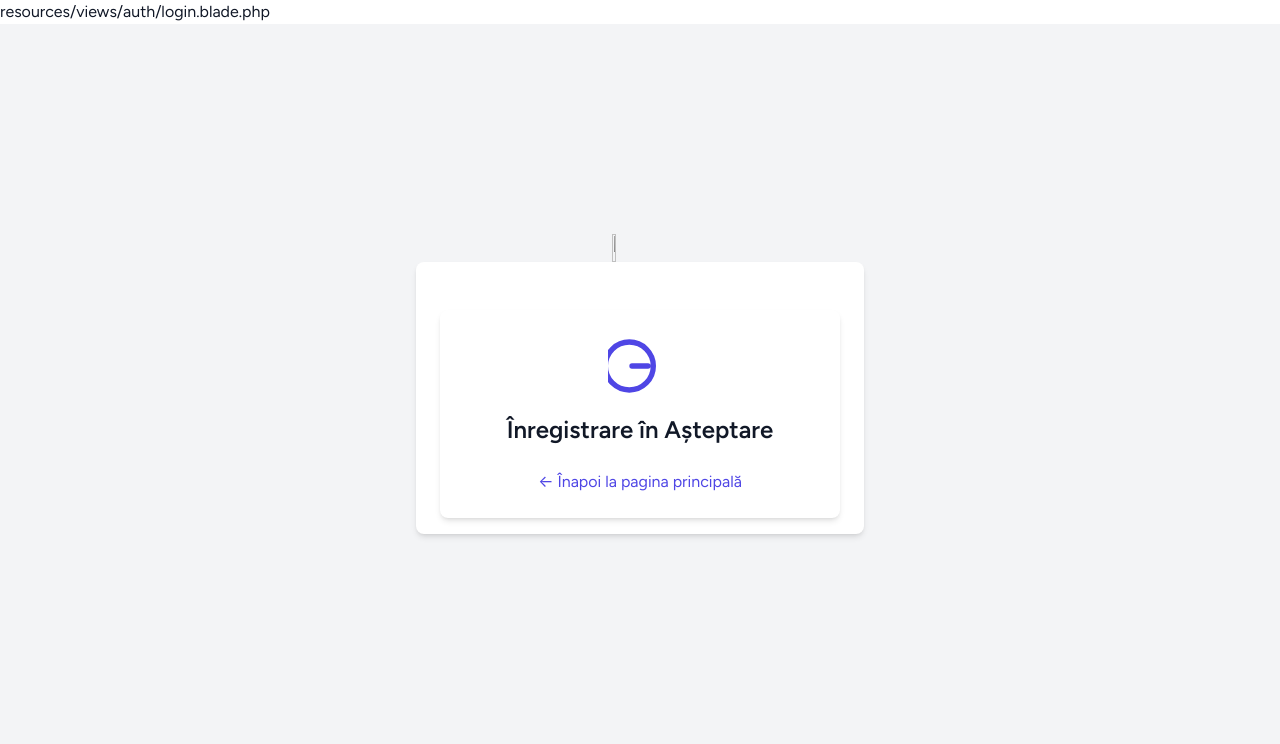
Repository: cosmin05072018/fantastic-events-manager
Page: http://localhost/registration/pending
The author's editor kept a copy of each file at every save. The page is drawn from the files as they stood at one save, then again after a run of saves.
The browser window is 1280 px wide. The pictures show the whole page.
The page is served by the project's Laravel application, run on PHP 8.4 with Laravel 10. Style sheets and scripts are compiled from the project's sources, by tool versions that may differ from the author's.

Above is the page before, as saved 2024-11-03 20:42:08.

After the next 2 saves:
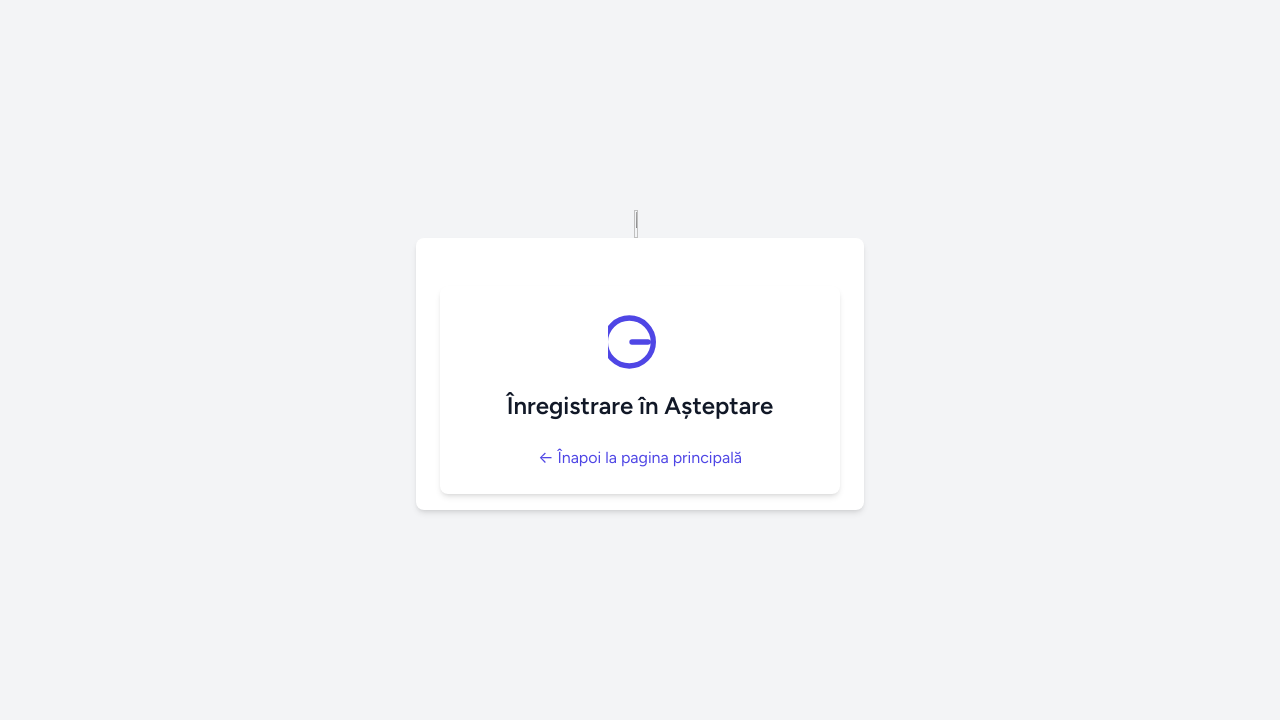
The 2 saves are shown as one change because they came seconds apart.
The last was saved 14 s later.
--- a/resources/views/auth/pending.blade.php
+++ b/resources/views/auth/pending.blade.php
@@ -1,5 +1,13 @@
 <!-- resources/views/registration/pending.blade.php -->
-resources/views/auth/login.blade.php
+<style>
+    .logo-img {
+        width: 100%;
+        display: flex;
+        align-items: center;
+        justify-content: center;
+    }
+</style>
+
 <x-guest-layout>
     <div class="max-w-md mx-auto bg-white dark:bg-gray-800 shadow-md rounded-lg p-6 mt-8">
         <div class="text-center">
